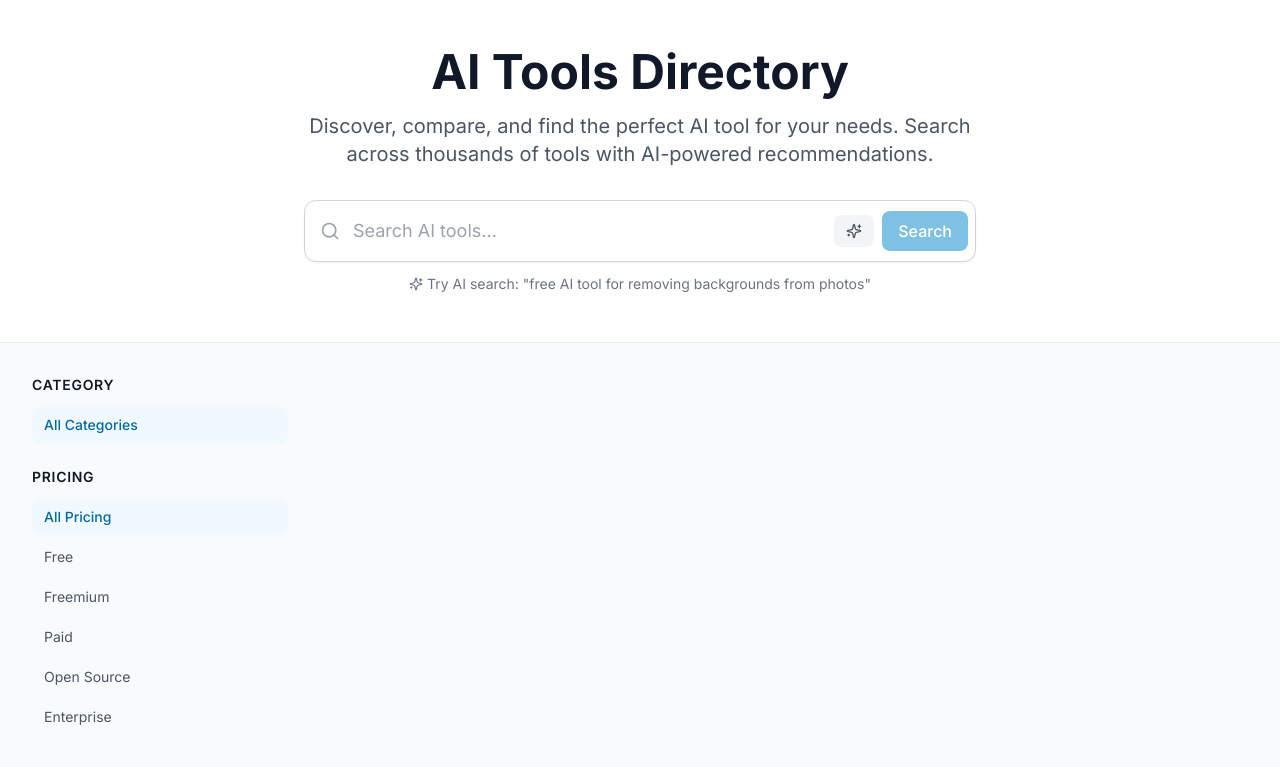
Repository: roshanreddy118/AI-tools-directory
Page: /
An editor plug-in stored every save of this project. The page is shown before and after the next save, followed by the edit.
The browser window is 1280 px wide. The pictures show the whole page.
The page's requests for data from a server got no answer. The project was rebuilt for these pictures with package versions that can differ from the ones it lists, and the page was loaded fresh each time. The framework's server and built-in components were replaced by stand-ins that run in the browser. No one was signed in, and anything a server would have sent is missing. Also part of the build but not shown: next.config.mjs, src/components/ToolCard.tsx.

Above is the page before, as saved 2026-08-27 20:08:45.

### src/app/layout.tsx
import type { Metadata } from "next";
import { Inter } from "next/font/google";
import "./globals.css";

const inter = Inter({ subsets: ["latin"] });

export const metadata: Metadata = {
  title: "AI Tools Directory - Discover the Best AI Tools",
  description:
    "Search and discover AI tools across categories. Compare pricing, features, and find the perfect AI tool for your needs.",
};

export default function RootLayout({
  children,
}: Readonly<{
  children: React.ReactNode;
}>) {
  return (
    <html lang="en">
      <body className={inter.className}>{children}</body>
    </html>
  );
}

### src/app/page.tsx
"use client";

import { useState, useEffect, useCallback } from "react";
import { SearchBar } from "@/components/SearchBar";
import { ToolCard } from "@/components/ToolCard";
import { FilterSidebar } from "@/components/FilterSidebar";
import { Database, Sparkles, Globe, Zap } from "lucide-react";

interface ToolResult {
  id: string;
  name: string;
  slug: string;
  website?: string | null;
  shortDescription?: string | null;
  category?: string | null;
  pricingType?: string | null;
  hasFreeTier?: boolean | null;
  platforms?: string[] | null;
  tags?: string[] | null;
  logoUrl?: string | null;
  popularity?: number | null;
  score?: number;
}

interface Stats {
  totalTools: number;
  totalSources: number;
  categories: { category: string; count: number }[];
}

export default function HomePage() {
  const [tools, setTools] = useState<ToolResult[]>([]);
  const [stats, setStats] = useState<Stats | null>(null);
  const [isLoading, setIsLoading] = useState(false);
  const [selectedCategory, setSelectedCategory] = useState<string | null>(null);
  const [selectedPricing, setSelectedPricing] = useState<string | null>(null);
  const [hasSearched, setHasSearched] = useState(false);

  // Fetch stats on mount
  useEffect(() => {
    fetch("/api/stats")
      .then((r) => r.json())
      .then(setStats)
      .catch(console.error);
  }, []);

  // Fetch tools when filters change
  const fetchTools = useCallback(async () => {
    setIsLoading(true);
    try {
      const params = new URLSearchParams();
      if (selectedCategory) params.set("category", selectedCategory);
      if (selectedPricing) params.set("pricing", selectedPricing);
      params.set("limit", "30");

      const response = await fetch(`/api/tools?${params}`);
      const data = await response.json();
      setTools(data.tools || []);
      setHasSearched(true);
    } catch (error) {
      console.error("Failed to fetch tools:", error);
    } finally {
      setIsLoading(false);
    }
  }, [selectedCategory, selectedPricing]);

  useEffect(() => {
    fetchTools();
  }, [fetchTools]);

  const handleSearch = async (query: string, isAI: boolean) => {
    setIsLoading(true);
    setHasSearched(true);

    try {
      if (isAI) {
        // Semantic search
        const response = await fetch("/api/tools/search", {
          method: "POST",
          headers: { "Content-Type": "application/json" },
          body: JSON.stringify({
            query,
            filters: {
              category: selectedCategory,
              pricing: selectedPricing,
            },
          }),
        });
        const data = await response.json();
        setTools(data.tools || []);
      } else {
        // Keyword search
        const params = new URLSearchParams({ q: query, limit: "30" });
        if (selectedCategory) params.set("category", selectedCategory);
        if (selectedPricing) params.set("pricing", selectedPricing);

        const response = await fetch(`/api/tools?${params}`);
        const data = await response.json();
        setTools(data.tools || []);
      }
    } catch (error) {
      console.error("Search failed:", error);
    } finally {
      setIsLoading(false);
    }
  };

  const categories = stats?.categories?.map((c) => c.category).filter(Boolean) || [];

  return (
    <main className="min-h-screen">
      {/* Hero */}
      <header className="bg-white border-b border-gray-200">
        <div className="max-w-7xl mx-auto px-4 py-12 sm:px-6 lg:px-8">
          <div className="text-center">
            <h1 className="text-4xl font-bold text-gray-900 sm:text-5xl">
              AI Tools Directory
            </h1>
            <p className="mt-4 text-xl text-gray-600 max-w-2xl mx-auto">
              Discover, compare, and find the perfect AI tool for your needs.
              Search across thousands of tools with AI-powered recommendations.
            </p>

            {/* Stats */}
            {stats && (
              <div className="mt-8 flex justify-center gap-8 text-sm text-gray-500">
                <div className="flex items-center gap-2">
                  <Database className="w-4 h-4" />
                  <span>{stats.totalTools.toLocaleString()} tools</span>
                </div>
                <div className="flex items-center gap-2">
                  <Globe className="w-4 h-4" />
                  <span>{stats.totalSources} sources</span>
                </div>
                <div className="flex items-center gap-2">
                  <Zap className="w-4 h-4" />
                  <span>{categories.length} categories</span>
                </div>
              </div>
            )}

            {/* Search */}
            <div className="mt-8">
              <SearchBar onSearch={handleSearch} isLoading={isLoading} />
            </div>

            <p className="mt-3 text-sm text-gray-500 flex items-center justify-center gap-1">
              <Sparkles className="w-3.5 h-3.5" />
              Try AI search: &quot;free AI tool for removing backgrounds from photos&quot;
            </p>
          </div>
        </div>
      </header>

      {/* Content */}
      <div className="max-w-7xl mx-auto px-4 py-8 sm:px-6 lg:px-8">
        <div className="flex gap-8">
          {/* Sidebar */}
          <FilterSidebar
            categories={categories}
            selectedCategory={selectedCategory}
            selectedPricing={selectedPricing}
            onCategoryChange={setSelectedCategory}
            onPricingChange={setSelectedPricing}
          />

          {/* Results */}
          <div className="flex-1">
            {isLoading ? (
              <div className="flex items-center justify-center py-20">
                <div className="animate-spin rounded-full h-8 w-8 border-b-2 border-primary-600" />
              </div>
            ) : tools.length > 0 ? (
              <div className="space-y-4">
                <p className="text-sm text-gray-500">
                  {tools.length} tools found
                </p>
                {tools.map((tool) => (
                  <ToolCard key={tool.id} tool={tool} />
                ))}
              </div>
            ) : hasSearched ? (
              <div className="text-center py-20">
                <p className="text-gray-500 text-lg">No tools found</p>
                <p className="text-gray-400 text-sm mt-2">
                  Try adjusting your search or filters
                </p>
              </div>
            ) : null}
          </div>
        </div>
      </div>
    </main>
  );
}

### src/app/globals.css
@tailwind base;
@tailwind components;
@tailwind utilities;

@layer base {
  body {
    @apply bg-gray-50 text-gray-900 antialiased;
  }
}

@layer components {
  .card {
    @apply rounded-xl border border-gray-200 bg-white p-6 shadow-sm transition-shadow hover:shadow-md;
  }

  .badge {
    @apply inline-flex items-center rounded-full px-2.5 py-0.5 text-xs font-medium;
  }

  .badge-blue {
    @apply badge bg-blue-100 text-blue-800;
  }

  .badge-green {
    @apply badge bg-green-100 text-green-800;
  }

  .badge-purple {
    @apply badge bg-purple-100 text-purple-800;
  }

  .badge-gray {
    @apply badge bg-gray-100 text-gray-800;
  }
}

### src/components/SearchBar.tsx
"use client";

import { useState } from "react";
import { Search, Sparkles } from "lucide-react";

interface SearchBarProps {
  onSearch: (query: string, isAI: boolean) => void;
  isLoading?: boolean;
}

export function SearchBar({ onSearch, isLoading }: SearchBarProps) {
  const [query, setQuery] = useState("");
  const [isAIMode, setIsAIMode] = useState(false);

  const handleSubmit = (e: React.FormEvent) => {
    e.preventDefault();
    if (query.trim()) {
      onSearch(query.trim(), isAIMode);
    }
  };

  return (
    <form onSubmit={handleSubmit} className="w-full max-w-2xl mx-auto">
      <div className="relative">
        <div className="absolute inset-y-0 left-0 pl-4 flex items-center pointer-events-none">
          {isAIMode ? (
            <Sparkles className="h-5 w-5 text-purple-500" />
          ) : (
            <Search className="h-5 w-5 text-gray-400" />
          )}
        </div>
        <input
          type="text"
          value={query}
          onChange={(e) => setQuery(e.target.value)}
          placeholder={
            isAIMode
              ? "Ask anything... e.g. 'free AI tool for removing backgrounds'"
              : "Search AI tools..."
          }
          className="block w-full pl-12 pr-32 py-4 border border-gray-300 rounded-xl text-lg focus:ring-2 focus:ring-primary-500 focus:border-transparent bg-white shadow-sm"
          disabled={isLoading}
        />
        <div className="absolute inset-y-0 right-0 flex items-center pr-2 gap-2">
          <button
            type="button"
            onClick={() => setIsAIMode(!isAIMode)}
            className={`px-3 py-2 rounded-lg text-sm font-medium transition-colors ${
              isAIMode
                ? "bg-purple-100 text-purple-700 border border-purple-200"
                : "bg-gray-100 text-gray-600 hover:bg-gray-200"
            }`}
            title={isAIMode ? "AI Search (semantic)" : "Switch to AI search"}
          >
            <Sparkles className="h-4 w-4" />
          </button>
          <button
            type="submit"
            disabled={isLoading || !query.trim()}
            className="px-4 py-2 bg-primary-600 text-white rounded-lg font-medium hover:bg-primary-700 disabled:opacity-50 disabled:cursor-not-allowed transition-colors"
          >
            {isLoading ? "..." : "Search"}
          </button>
        </div>
      </div>
    </form>
  );
}

### src/components/FilterSidebar.tsx
"use client";

interface FilterSidebarProps {
  categories: string[];
  selectedCategory: string | null;
  selectedPricing: string | null;
  onCategoryChange: (category: string | null) => void;
  onPricingChange: (pricing: string | null) => void;
}

const pricingOptions = [
  { value: "free", label: "Free" },
  { value: "freemium", label: "Freemium" },
  { value: "paid", label: "Paid" },
  { value: "open-source", label: "Open Source" },
  { value: "enterprise", label: "Enterprise" },
];

export function FilterSidebar({
  categories,
  selectedCategory,
  selectedPricing,
  onCategoryChange,
  onPricingChange,
}: FilterSidebarProps) {
  return (
    <aside className="w-64 flex-shrink-0">
      <div className="sticky top-4 space-y-6">
        {/* Categories */}
        <div>
          <h3 className="text-sm font-semibold text-gray-900 uppercase tracking-wider mb-3">
            Category
          </h3>
          <div className="space-y-1">
            <button
              onClick={() => onCategoryChange(null)}
              className={`block w-full text-left px-3 py-2 rounded-lg text-sm transition-colors ${
                !selectedCategory
                  ? "bg-primary-50 text-primary-700 font-medium"
                  : "text-gray-600 hover:bg-gray-100"
              }`}
            >
              All Categories
            </button>
            {categories.map((category) => (
              <button
                key={category}
                onClick={() => onCategoryChange(category)}
                className={`block w-full text-left px-3 py-2 rounded-lg text-sm transition-colors ${
                  selectedCategory === category
                    ? "bg-primary-50 text-primary-700 font-medium"
                    : "text-gray-600 hover:bg-gray-100"
                }`}
              >
                {category}
              </button>
            ))}
          </div>
        </div>

        {/* Pricing */}
        <div>
          <h3 className="text-sm font-semibold text-gray-900 uppercase tracking-wider mb-3">
            Pricing
          </h3>
          <div className="space-y-1">
            <button
              onClick={() => onPricingChange(null)}
              className={`block w-full text-left px-3 py-2 rounded-lg text-sm transition-colors ${
                !selectedPricing
                  ? "bg-primary-50 text-primary-700 font-medium"
                  : "text-gray-600 hover:bg-gray-100"
              }`}
            >
              All Pricing
            </button>
            {pricingOptions.map((option) => (
              <button
                key={option.value}
                onClick={() => onPricingChange(option.value)}
                className={`block w-full text-left px-3 py-2 rounded-lg text-sm transition-colors ${
                  selectedPricing === option.value
                    ? "bg-primary-50 text-primary-700 font-medium"
                    : "text-gray-600 hover:bg-gray-100"
                }`}
              >
                {option.label}
              </button>
            ))}
          </div>
        </div>
      </div>
    </aside>
  );
}

### tailwind.config.ts
import type { Config } from "tailwindcss";

const config: Config = {
  content: [
    "./src/pages/**/*.{js,ts,jsx,tsx,mdx}",
    "./src/components/**/*.{js,ts,jsx,tsx,mdx}",
    "./src/app/**/*.{js,ts,jsx,tsx,mdx}",
  ],
  theme: {
    extend: {
      colors: {
        primary: {
          50: "#f0f9ff",
          100: "#e0f2fe",
          200: "#bae6fd",
          300: "#7dd3fc",
          400: "#38bdf8",
          500: "#0ea5e9",
          600: "#0284c7",
          700: "#0369a1",
          800: "#075985",
          900: "#0c4a6e",
          950: "#082f49",
        },
      },
    },
  },
  plugins: [require("@tailwindcss/typography")],
};

export default config;

After the next save:
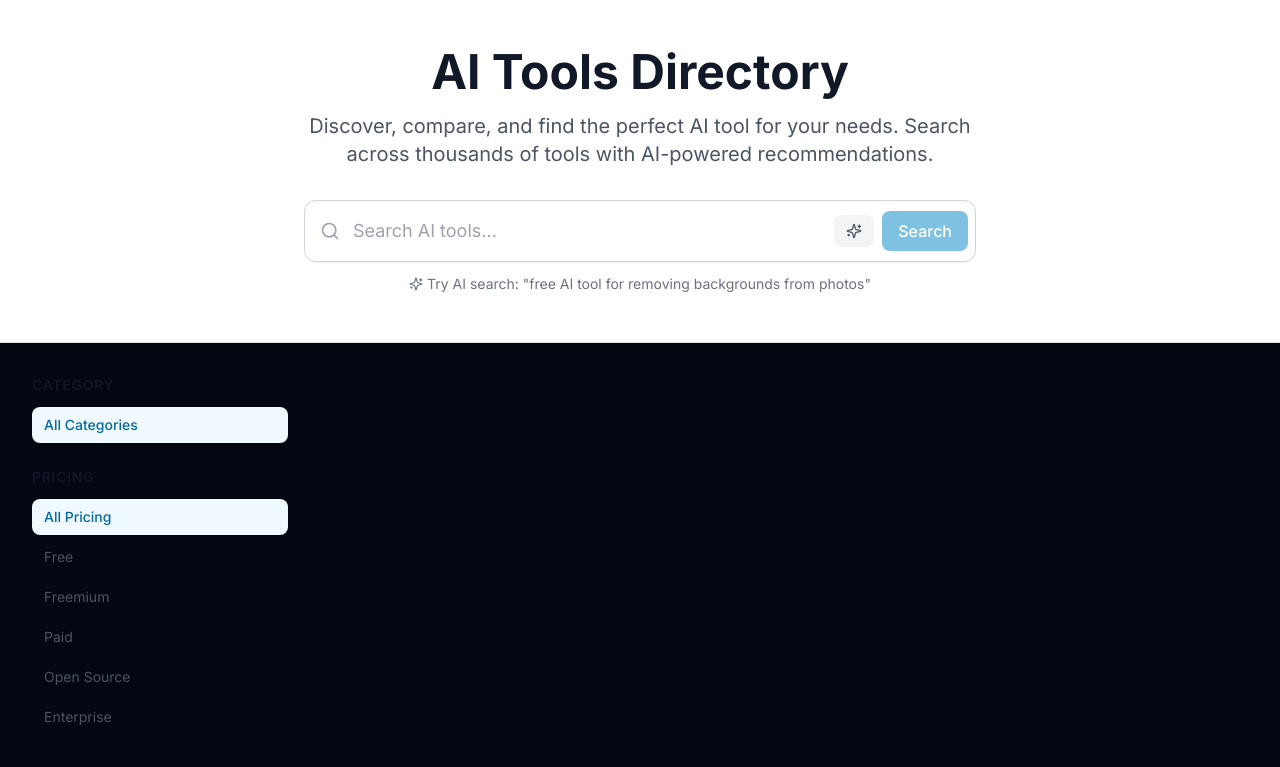
Saved 3 min 26 s later.
--- a/src/app/globals.css
+++ b/src/app/globals.css
@@ -4,13 +4,17 @@
 
 @layer base {
   body {
-    @apply bg-gray-50 text-gray-900 antialiased;
+    @apply bg-gray-950 text-gray-100 antialiased;
   }
 }
 
 @layer components {
   .card {
-    @apply rounded-xl border border-gray-200 bg-white p-6 shadow-sm transition-shadow hover:shadow-md;
+    @apply rounded-2xl border border-gray-800 bg-gray-900/80 p-6 shadow-lg backdrop-blur-sm transition-all hover:border-gray-700 hover:shadow-xl;
+  }
+
+  .card-hover {
+    @apply card hover:scale-[1.01] hover:bg-gray-900;
   }
 
   .badge {
@@ -18,18 +22,46 @@
   }
 
   .badge-blue {
-    @apply badge bg-blue-100 text-blue-800;
+    @apply badge bg-blue-500/10 text-blue-400 border border-blue-500/20;
   }
 
   .badge-green {
-    @apply badge bg-green-100 text-green-800;
+    @apply badge bg-emerald-500/10 text-emerald-400 border border-emerald-500/20;
   }
 
   .badge-purple {
-    @apply badge bg-purple-100 text-purple-800;
+    @apply badge bg-purple-500/10 text-purple-400 border border-purple-500/20;
+  }
+
+  .badge-amber {
+    @apply badge bg-amber-500/10 text-amber-400 border border-amber-500/20;
   }
 
   .badge-gray {
-    @apply badge bg-gray-100 text-gray-800;
+    @apply badge bg-gray-500/10 text-gray-400 border border-gray-500/20;
+  }
+
+  .badge-pink {
+    @apply badge bg-pink-500/10 text-pink-400 border border-pink-500/20;
+  }
+
+  .gradient-text {
+    @apply bg-gradient-to-r from-blue-400 via-purple-400 to-pink-400 bg-clip-text text-transparent;
+  }
+
+  .glow {
+    box-shadow: 0 0 40px rgba(59, 130, 246, 0.15), 0 0 80px rgba(147, 51, 234, 0.1);
+  }
+
+  .input-dark {
+    @apply w-full px-4 py-3 bg-gray-800/50 border border-gray-700 rounded-xl text-gray-100 placeholder-gray-500 focus:ring-2 focus:ring-blue-500/50 focus:border-blue-500/50 transition-all outline-none;
+  }
+
+  .btn-primary {
+    @apply px-5 py-2.5 bg-gradient-to-r from-blue-600 to-purple-600 text-white rounded-xl font-medium hover:from-blue-500 hover:to-purple-500 disabled:opacity-50 disabled:cursor-not-allowed transition-all shadow-lg shadow-blue-500/20;
+  }
+
+  .btn-secondary {
+    @apply px-5 py-2.5 border border-gray-700 text-gray-300 rounded-xl font-medium hover:bg-gray-800 hover:text-white transition-all;
   }
 }
